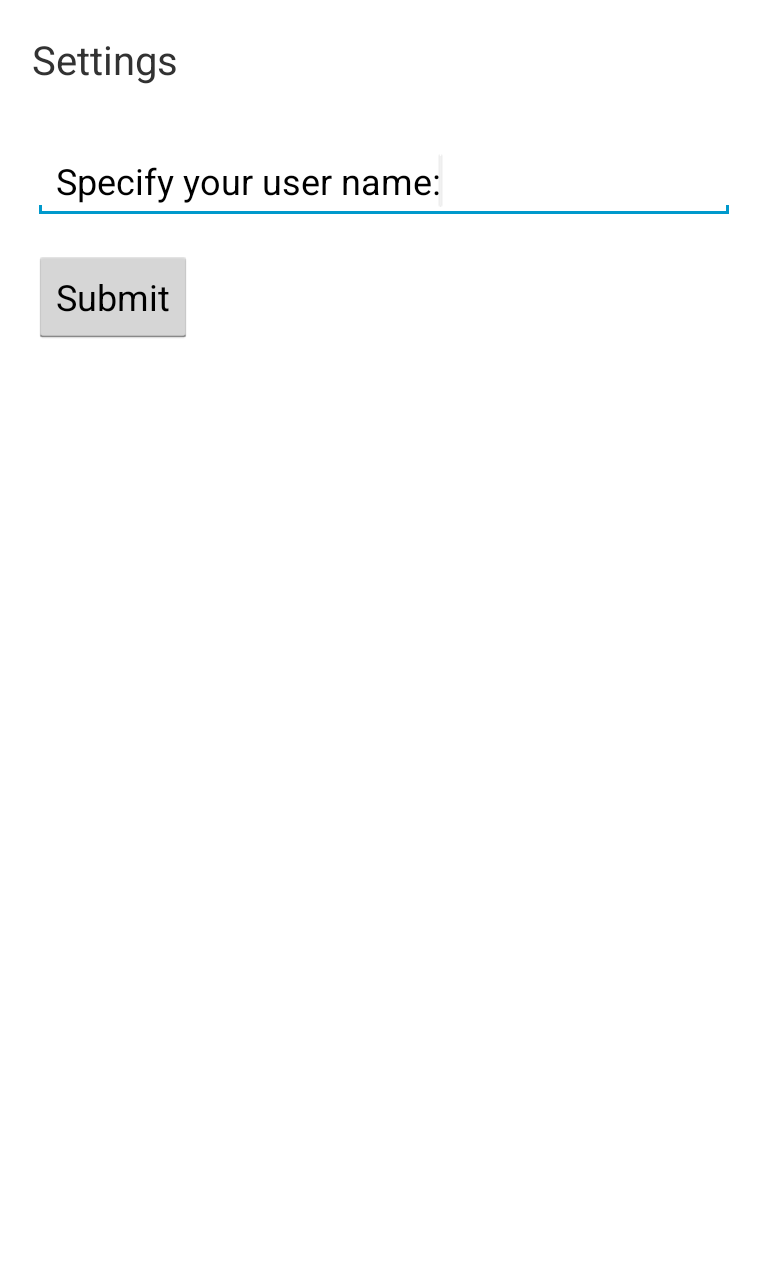
Repository: wzbbbb/bkp_home
Layout: java/BeenThere,DoneThat!/res/layout/activity_quitzsettings.xml
An editor plug-in stored every save of this project. The layout is shown before and after the next save, followed by the edit.
It is drawn on a 768 x 1280 px phone screen (xhdpi) without system bars, with theme AppTheme; the app's code is not run.

Above is the layout before, as saved 2013-09-26 00:41:27.

### java/BeenThere,DoneThat!/res/layout/activity_quitzsettings.xml
<RelativeLayout xmlns:android="http://schemas.android.com/apk/res/android"
    xmlns:tools="http://schemas.android.com/tools"
    android:layout_width="fill_parent"
    android:layout_height="match_parent"
    android:paddingBottom="@dimen/activity_vertical_margin"
    android:paddingLeft="@dimen/activity_horizontal_margin"
    android:paddingRight="@dimen/activity_horizontal_margin"
    android:paddingTop="@dimen/activity_vertical_margin"
    tools:context=".QuitzActivity" >

    <TextView
        android:id="@+id/textViewTopTitle"
        android:layout_width="wrap_content"
        android:layout_height="wrap_content"
        android:text="@string/settings"
        android:textSize="@dimen/header" />

    <EditText
        android:id="@+id/editText1"
        android:layout_width="fill_parent"
        android:layout_height="wrap_content"
        android:layout_alignLeft="@+id/textViewTopTitle"
        android:layout_below="@+id/textViewTopTitle"
        android:layout_marginTop="28dp"
        android:ems="10"
        android:inputType="textPersonName"
        android:text="@string/user_set_label" >

        <requestFocus />
    </EditText>

    <Button
        android:id="@+id/button1"
        android:layout_width="wrap_content"
        android:layout_height="wrap_content"
        android:layout_alignLeft="@+id/editText1"
        android:layout_below="@+id/editText1"
        android:layout_marginTop="14dp"
        android:text="@string/submit" />

</RelativeLayout>

### java/BeenThere,DoneThat!/res/values/dimens.xml
<resources>

    <!-- Default screen margins, per the Android Design guidelines. -->
    <dimen name="activity_horizontal_margin">16dp</dimen>
    <dimen name="activity_vertical_margin">16dp</dimen>
    <dimen name="logo_size">48dp</dimen>
    <dimen name="version_spacing">3dp</dimen><dimen name="version_size">15dp</dimen>
    <dimen name="divider_hight">1dp</dimen><dimen name="screen_item_size">40dp</dimen>
    <dimen name="menu_item_size">34dp</dimen>
    <dimen name="help_text_padding">20dp</dimen>
    <dimen name="help_text_size">7pt</dimen>
    <dimen name="help_text_fading">25dp</dimen>
    <dimen name="help_text_drawable_padding">5dp</dimen>
    <dimen name="bigger_header">34sp</dimen>



</resources>

### java/BeenThere,DoneThat!/res/values/strings.xml
<resources>

    <string name="app_name">Been there, Done that!</string>
    <string name="action_settings">Settings</string>
    <string name="hello_world">Hello world!</string>
    <string name="scores">View Scores</string>
    <string name="welcome">Welcome to the game! </string>

    <dimen name="header">20sp</dimen>

    <string name="help">Help</string>
    <string name="settings">Settings</string>
    <string name="but_play">Play Game</string>
    <string name="user_set_label">Specify your user name:</string>
    <string name="submit">Submit</string>

    <dimen name="medium_size">15sp</dimen>

    <string name="LastRunTime">Last time the game started at:</string>
    <string name="Temp_date">To be replaced</string>
    <string name="but_score">Check scores</string>
    <string name="summar_palace">Summar Palace</string>
    <string name="tian_tan">Tian Tan</string>
    <string name="water_cube">Water cube</string>
    <string name="app_logo_top">BEEN THERE</string>
    <string name="app_logo_bottom">DONE THAT!</string>
    <string name="great_wall">Great Wall</string>
    <string name="app_version_info">Version 2.0.0\nCopyright © 2013 WANG ZHI BING\nAll Right Resreved.</string>
    <string name="menu">MAIN MENU</string>
    <string name="icon">icon</string>

    <string-array name="stringarray">
        <item>Settings</item>
        <item>Play</item>
        <item>Help</item>
        <item>Scores</item>
    </string-array>

    <string name="all_scores">"All Scores"</string>
    <string name="friend_scores">"Scores of Friends"</string>
    <string name="no_scores">"No scores to show."</string>
    <string name="username">"Username"</string>
    <string name="rank">"Ranking"</string>
    <string name="score">"Score"</string>
    <string name="wait_msg">"Retrieving Scores &#8230;"</string>
    <string name="wait_title">"Loading &#8230;"</string>
     <string name="nickname">"Nickname:"</string>
 <string name="email">"Email:"</string>
 <string name="password">"Password:"</string>
 <string name="birthday">"Birthday:"</string>
 <string name="gender">"Gender:"</string>
     <string name="female">"Female"</string>
 <string name="male">"Male"</string>
  <string name="neutral">"Prefer not to say"</string>
 <string name="but_pwd">"Set Password"</string>

</resources>

### java/BeenThere,DoneThat!/res/values/colors.xml

    <resources>
        <color name="logo_color">#FFFF0F</color>
        <color name="version_bkgrd">#1A1A48</color><color name="version_color">#F0F0F0</color>
        <color name="title_color">#F0F0F0</color>
        <color name="title_glow">#F00</color>
        <color name="menu_color">#FFFF0F</color>
        <color name="menu_glow">#F00</color>
        <color name="selected">#4BEB50</color>
        <color name="error_color">#F00</color>
    </resources>

Loaded but not shown: java/BeenThere,DoneThat!/res/values/styles.xml (common file); java/BeenThere,DoneThat!/res/values-v11/styles.xml (common file); java/BeenThere,DoneThat!/res/values-v14/styles.xml (common file)

After the next save:
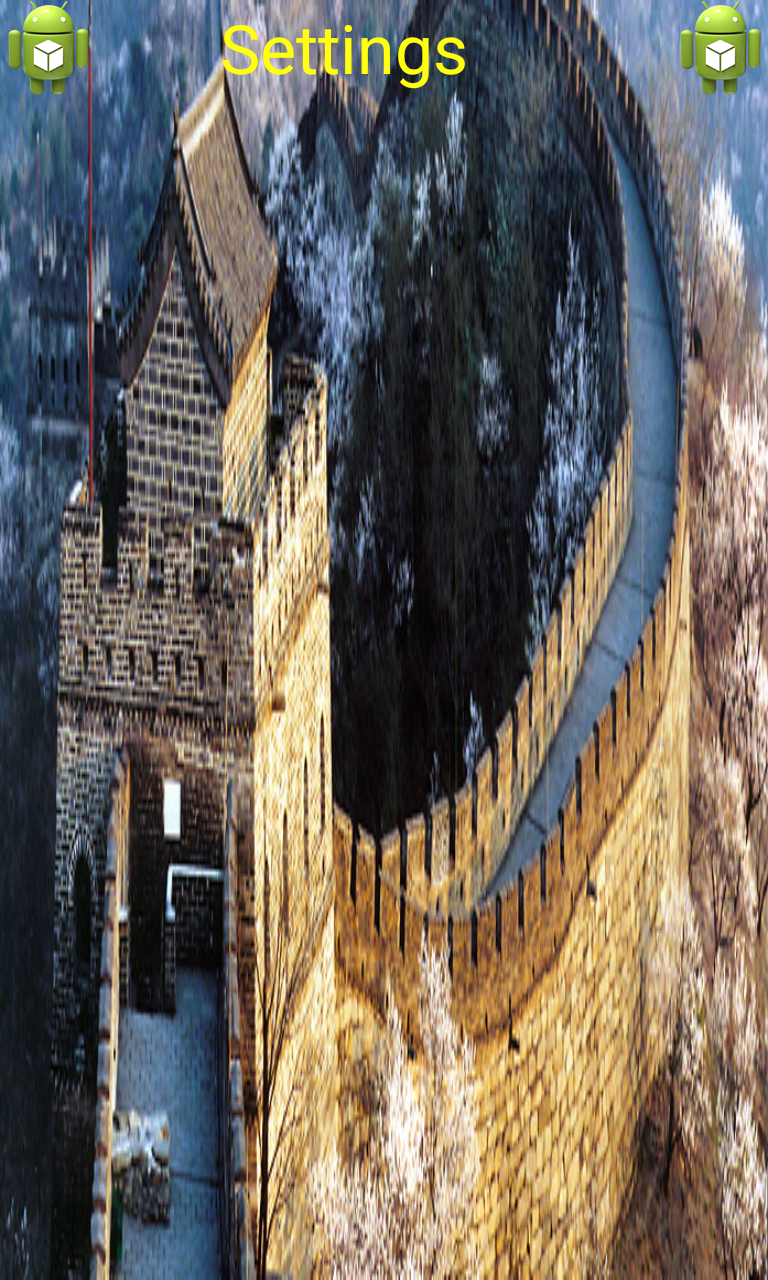
Saved 9 min 21 s later.
--- a/java/BeenThere,DoneThat!/res/layout/activity_quitzsettings.xml
+++ b/java/BeenThere,DoneThat!/res/layout/activity_quitzsettings.xml
@@ -1,41 +1,53 @@
-<RelativeLayout xmlns:android="http://schemas.android.com/apk/res/android"
-    xmlns:tools="http://schemas.android.com/tools"
+<LinearLayout xmlns:android="http://schemas.android.com/apk/res/android"
     android:layout_width="fill_parent"
-    android:layout_height="match_parent"
-    android:paddingBottom="@dimen/activity_vertical_margin"
-    android:paddingLeft="@dimen/activity_horizontal_margin"
-    android:paddingRight="@dimen/activity_horizontal_margin"
-    android:paddingTop="@dimen/activity_vertical_margin"
-    tools:context=".QuitzActivity" >
+    android:layout_height="fill_parent"
+    android:background="@drawable/great_wall"
+    android:orientation="vertical" >
 
-    <TextView
-        android:id="@+id/textViewTopTitle"
-        android:layout_width="wrap_content"
-        android:layout_height="wrap_content"
-        android:text="@string/settings"
-        android:textSize="@dimen/header" />
+    <RelativeLayout
+        android:layout_width="match_parent"
+        android:layout_height="wrap_content" >
 
-    <EditText
-        android:id="@+id/editText1"
-        android:layout_width="fill_parent"
-        android:layout_height="wrap_content"
-        android:layout_alignLeft="@+id/textViewTopTitle"
-        android:layout_below="@+id/textViewTopTitle"
-        android:layout_marginTop="28dp"
-        android:ems="10"
-        android:inputType="textPersonName"
-        android:text="@string/user_set_label" >
+        <ImageView
+            android:id="@+id/ImageView01"
+            android:layout_width="wrap_content"
+            android:layout_height="wrap_content"
+            android:layout_alignParentLeft="true"
+            android:layout_alignParentTop="true"
+            android:src="@drawable/ic_launcher" />
 
-        <requestFocus />
-    </EditText>
+        <ImageView
+            android:id="@+id/imageView1"
+            android:layout_width="wrap_content"
+            android:layout_height="wrap_content"
+            android:layout_alignParentRight="true"
+            android:layout_alignParentTop="true"
+            android:src="@drawable/ic_launcher" />
 
-    <Button
-        android:id="@+id/button1"
-        android:layout_width="wrap_content"
-        android:layout_height="wrap_content"
-        android:layout_alignLeft="@+id/editText1"
-        android:layout_below="@+id/editText1"
-        android:layout_marginTop="14dp"
-        android:text="@string/submit" />
+        <TextView
+            android:id="@+id/textView1"
+            android:layout_width="wrap_content"
+            android:layout_height="wrap_content"
+            android:layout_centerHorizontal="true"
+            android:layout_centerVertical="true"
+            android:layout_marginLeft="62dp"
+            android:layout_toRightOf="@+id/ImageView01"
+            android:text="@string/settings"
+            android:textColor="@color/logo_color"
+            android:textSize="@dimen/bigger_header" />
 
-</RelativeLayout>
+    </RelativeLayout>
+
+    <ScrollView
+        android:id="@+id/scrollView1"
+        android:layout_width="match_parent"
+        android:layout_height="wrap_content" >
+
+        <LinearLayout
+            android:layout_width="match_parent"
+            android:layout_height="match_parent"
+            android:orientation="vertical" >
+        </LinearLayout>
+    </ScrollView>
+
+</LinearLayout>
